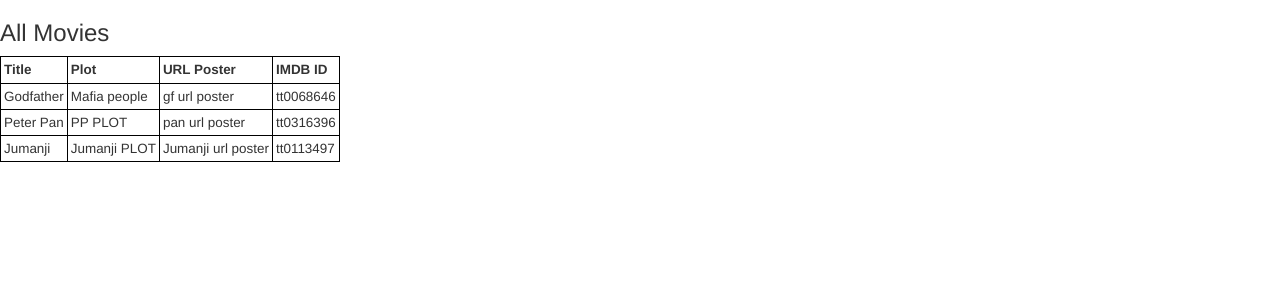
Repository: gitsana/JoseAnnunziato
Page: MyRestfulService/WebContent/movies.html
An editor plug-in stored every save of this project. The page is shown before and after the next save, followed by the edit.
The browser window is 1280 px wide. The pictures show the whole page.
The page's requests for data from a server got no answer.

Above is the page before, as saved 2015-10-02 02:47:10.

### MyRestfulService/WebContent/movies.html
<!DOCTYPE html>
<html>
<head>
<meta charset="UTF-8">
<title>All Movies</title>
<link rel="stylesheet" href="https://maxcdn.bootstrapcdn.com/bootstrap/3.3.5/css/bootstrap.min.css">
</head>
<style>
	table,th,td {
		border: 1px solid black;
	    border-collapse: collapse;
		font-size: .98em;
		padding: 3px;
	}
</style>
<body>
<script src="jquery/jquery-1.11.3.js"></script>

<h3>All Movies</h3>
<table id="movietable">
	<tr>
		<th>Title</th>
		<th>Plot</th>
		<th>URL Poster</th>
		<th>IMDB ID</th>
	</tr>
</table>
<div id="div1"></div>

<script type="text/javascript">
	$(document).ready(function() {
		// hard-coded
		var movie = [{ title: "Godfather", plot: "Mafia people", urlposter: "gf url poster", imdbid: "tt0068646" },
		              { title: "Peter Pan", plot: "PP PLOT", urlposter: "pan url poster", imdbid: "tt0316396" },
		              { title: "Jumanji", plot: "Jumanji PLOT", urlposter: "Jumanji url poster", imdbid: "tt0113497" } ];

		// request from API

		$.ajax({
				url: "/MyRestfulService/rest/movie",
				type: "get", // by default it's get unless specified
				contentType: "application/json",
				dataType: "json",
				data: JSON.stringify(movie),
				success: function(data) {
					console.log("*** Jquery success ***" );
					//var dbMovies = jQuery.parseJSON(data);
					//$("#div1").append(dbMovies[0].title);
					$("#div1").append(data[0].title);
					//console.log(dbMovies);
				},
				error: function(jqXHR, textStatus, errorThrown) {
					console.log("*** ERROR: jqXHR = " + jqXHR + ", textStatus = " + textStatus
							+ ", errorThrown = " + errorThrown)
				}
			});

		$.each(movie, function(key, value){
			$("#movietable").last().append("<tr><td>" + value.title + "</td><td>" + value.plot +
					"</td><td>" + value.urlposter + "</td><td>" + value.imdbid + "</td></tr>");
		});



	});
</script>

</body>
</html>

Loaded but not shown: MyRestfulService/WebContent/jquery/jquery-1.11.3.js (library)

After the next save:
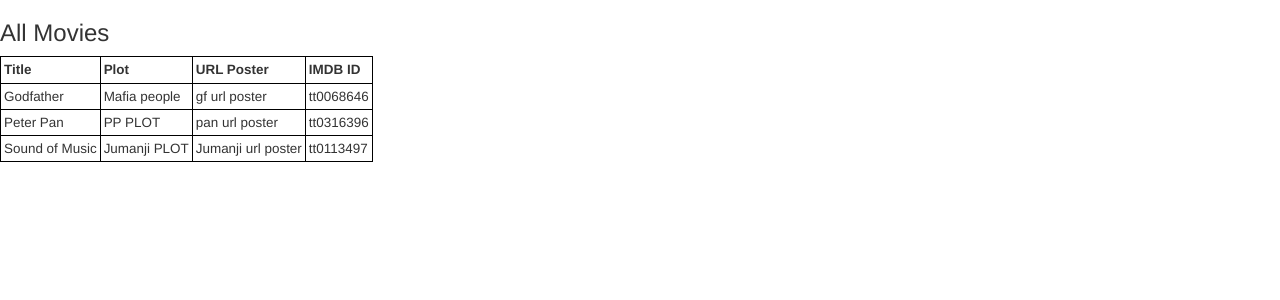
Saved 75 s later.
--- a/MyRestfulService/WebContent/movies.html
+++ b/MyRestfulService/WebContent/movies.html
@@ -32,7 +32,7 @@
 		// hard-coded
 		var movie = [{ title: "Godfather", plot: "Mafia people", urlposter: "gf url poster", imdbid: "tt0068646" },
 		              { title: "Peter Pan", plot: "PP PLOT", urlposter: "pan url poster", imdbid: "tt0316396" },
-		              { title: "Jumanji", plot: "Jumanji PLOT", urlposter: "Jumanji url poster", imdbid: "tt0113497" } ];
+		              { title: "Sound of Music", plot: "Jumanji PLOT", urlposter: "Jumanji url poster", imdbid: "tt0113497" } ];
 
 		// request from API
 
